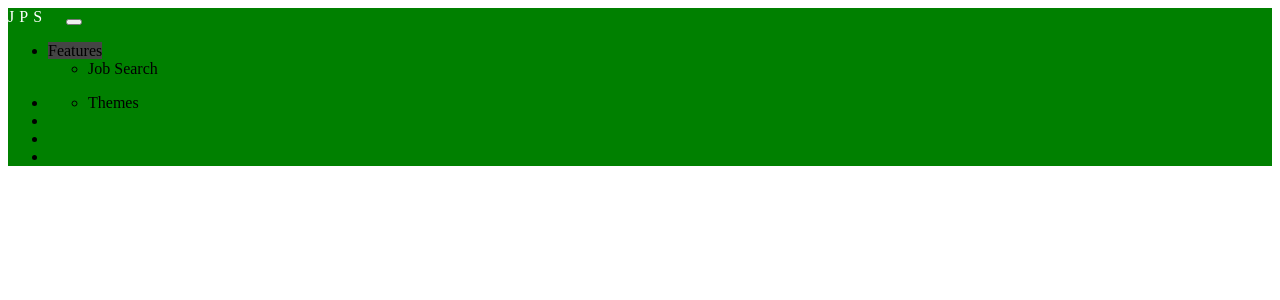
Repository: anvarhaseeb/jobPortalSystem
Page: http://localhost/public_html/pages/Header.jsp
The author's editor kept a copy of each file at every save. The page is drawn from the files as they stood at one save, then again after the next save.
The browser window is 1280 px wide. The pictures show the whole page.
The page is served by Tomcat 9.

Above is the page before, as saved 2024-01-09 09:25:29.
Console error: ReferenceError: $ is not defined

After the next save:
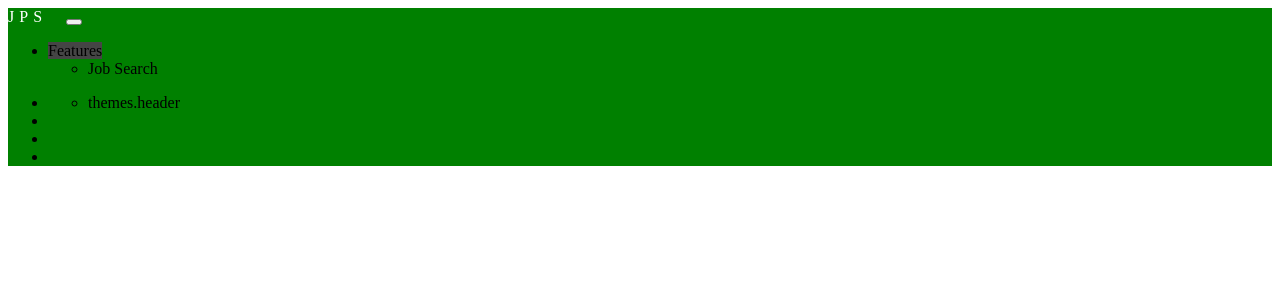
Saved 2 min 1 s later.
--- a/JOB/public_html/pages/Header.jsp
+++ b/JOB/public_html/pages/Header.jsp
@@ -85,7 +85,7 @@ $(document).ready(function(){
 
 
          <li class="nav-items dropdown" id="menud"><a role="button">
-            <i class="fa fa-plus-square"></i>Themes</a>
+            <i class="fa fa-plus-square"></i><s:text name="themes.header"/></a>
             <div style="display:none" class="menu">
                <ul style="list-style: none;">
 
